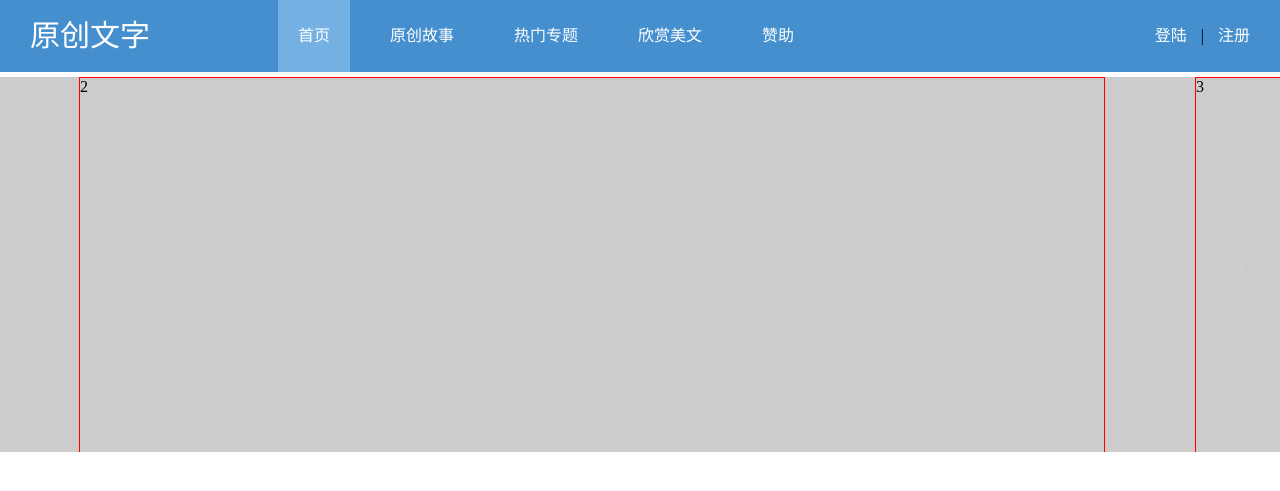
Repository: equation-zheng/Article
Page: http://localhost/Idles/
These files come from the project's save history. The page is drawn as it stood at one moment and after the next save; the edit follows.
The browser window is 1280 px wide. The pictures show the whole page.
After loading, the first visible `s.moveLeft` was clicked once.
Some web libraries are served in a nearby version. The page is served by Tomcat 9. Other server files are loaded and not shown.

Above is the page before, as saved 2017-12-06 03:03:35.
Console error: TypeError: moveLeft is not a function

### Service/apache-tomcat-7.0.82/Idles/WebContent/index.jsp
<?xml version="1.0" encoding="UTF-8" ?>
<%@ page language="java" contentType="text/html; charset=UTF-8"
    pageEncoding="UTF-8"%>
<!DOCTYPE html PUBLIC "-//W3C//DTD XHTML 1.0 Transitional//EN" "http://www.w3.org/TR/xhtml1/DTD/xhtml1-transitional.dtd">
<html xmlns="http://www.w3.org/1999/xhtml">
<head>
<meta http-equiv="Content-Type" content="text/html; charset=UTF-8" />
<title>首页</title>
</head>
<style>
	* {
		margin: 0;
		padding: 0;
		font-family: "微软雅黑";
	}
	ul li {
		list-style: none;
	}
	.header {
		height: 72px;
		background: #458fce;
	}
	.header .logo {
		color: #fff;
		line-height: 72px;
		font-size: 30px;
		margin-left: 30px;
		display: inline-block;
		font-weight: 500;
		float: left;
	}
	.header ul .first {
		margin-left: 10%;
		background: #74b0e2;
	}
	.header ul li {
		float: left;
		line-height: 72px;
		margin-left: 20px;
		padding: 0 20px 0 20px;
		color: #fff;

	}
	.header ul li:hover{
		background: #74b0e2;
		color: #D6E1CC;
	}
	.header .login {
		margin-right: 20px;
		float: right;
	}
	.header .login a {
		line-height: 72px;
		color: #fff;
		padding: 0 10px 0 10px;
		display: inline-block;
		text-decoration: none;
	}
	.header .login span a:hover {
		background: #74b0e2;
		color: #D6E1CC;
	}
	.banner {
		height: 380px;
		overflow: hidden;
		background: #ccc;
		position: relative;
	}
	.banner ul {
		height: 380px;
		width: 5120px;
		border: solid 5px #fff;
		margin-left: -1125px;
	}
	.banner ul li {
		height: 380px;
		width: 1024px;
		border: solid 1px red;
		margin-left: 90px;
		float: left;
	}
	.banner s {
		width: 25px;
		height: 25px;
		position: absolute;
		top: 180px;
		transform: rotate(45deg);
		border-color: #E8E8E8;
		opacity: .1;
		transition: opacity .5s;
	}
	.banner s:nth-child(1) {
		left: 40px;
		border-left-style: solid;
		border-bottom-style: solid;
	}
	.banner s:nth-child(2) {
		right: 40px;
		border-top-style: solid;
		border-right-style: solid;
	}
	.banner:hover s {
		opacity: 1;
	}

</style>
<body>
	<div class="header">
	<div class='logo'>原创文字</div>
		<ul>
			<li class='first'>首页</li>
			<li>原创故事</li>
			<li>热门专题</li>
			<li>欣赏美文</li>
			<li>赞助</li>
		</ul>
		<div class='login'>
			<span><a href="javascript:void(0)">登陆</a></span>
			<span>|</span>
			<span><a href="javascript:void(0)">注册</a></span>
		</div>
	</div>
	<div class="banner">
		<s class="moveLeft" onclick="moveLeft()"></s><s class="moveRight" onclick="moveRight()"></s>
		<ul>
			<li>0<img src="" alt="" /></li>
			<li>1<img src="" alt="" /></li>
			<li>2<img src="" alt="" /></li>
			<li>3<img src="" alt="" /></li>
			<li>4<img src="" alt="" /></li>
			<li>5<img src="" alt="" /></li>
		</ul>
	</div>
</body>
<script src="http://libs.baidu.com/jquery/2.0.0/jquery.min.js"></script>
<script>
	var moveLeft = $('.moveLeft').eq(0);
	var moveRight = $('.moveRight').eq(0);
	var ul = $('.banner ul').eq(0);
	moveLeft.on('click', function() {
		ul.animate({marginLeft : -2248}, 1000);
	})
	moveRight.on('clock', function() {
		ul
	})
</script>
</html>

After the next save:
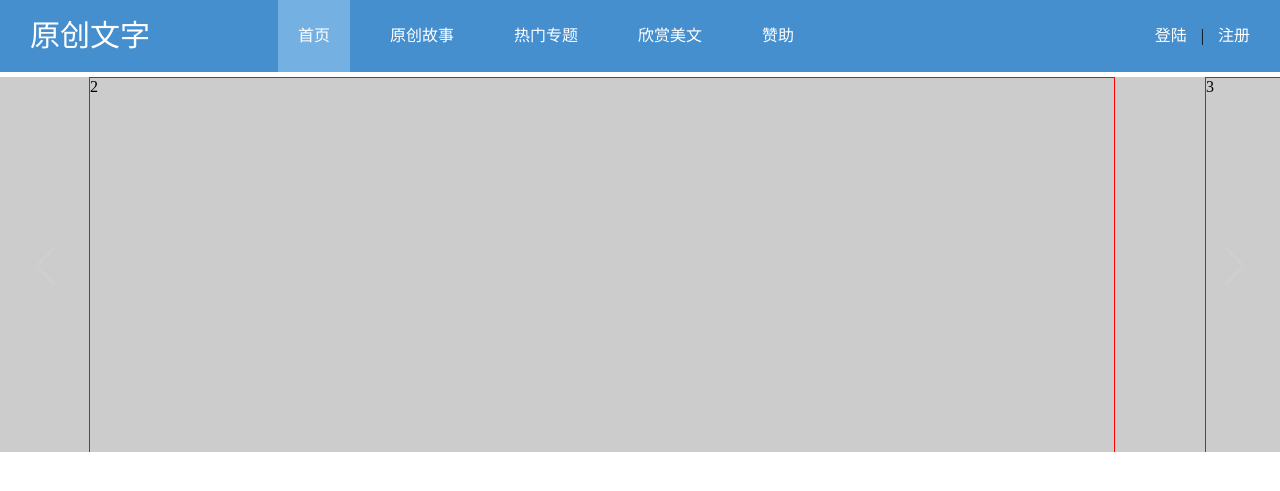
Saved 18 s later.
--- a/Service/apache-tomcat-7.0.82/Idles/WebContent/index.jsp
+++ b/Service/apache-tomcat-7.0.82/Idles/WebContent/index.jsp
@@ -138,7 +138,7 @@
 	var moveRight = $('.moveRight').eq(0);
 	var ul = $('.banner ul').eq(0);
 	moveLeft.on('click', function() {
-		ul.animate({marginLeft : -2248}, 1000);
+		ul.animate({marginLeft : -2238}, 1000);
 	})
 	moveRight.on('clock', function() {
 		ul
